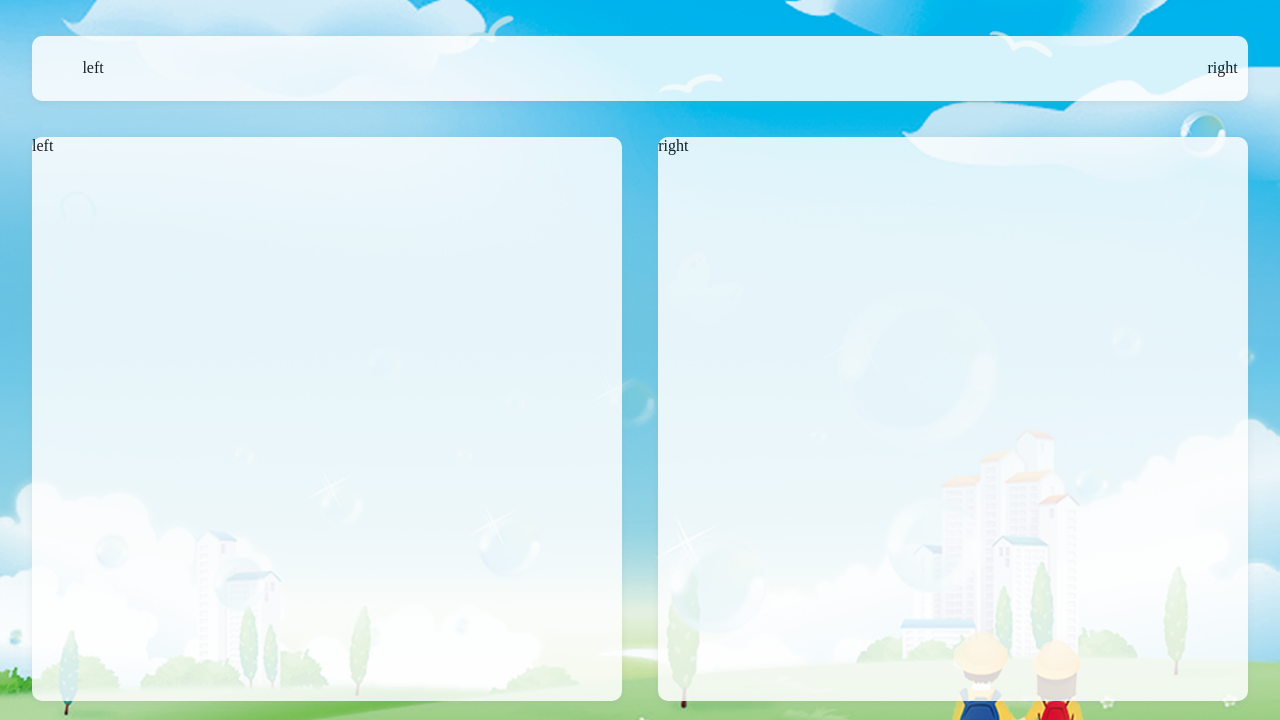
Repository: huangdesheng/classBrand
Page: / (app in classBrand/)
These files come from the project's save history. The page is drawn as it stood at one moment and after the next save; the edit follows.
The browser window is 1280 px wide. The pictures show the whole page.
The project was rebuilt for these pictures with package versions that can differ from the ones it lists, and the page was loaded fresh each time.

Above is the page before, as saved 2019-08-23 09:53:36.

After the next save:
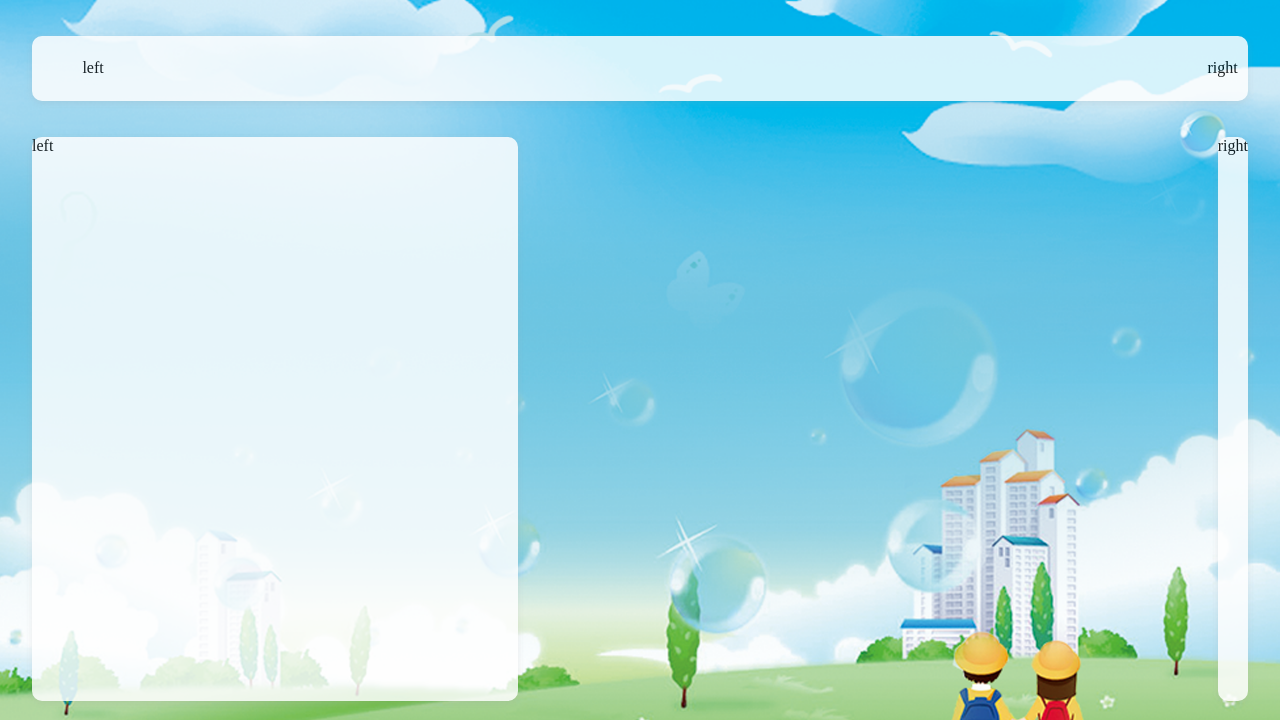
Saved 18 s later.
--- a/classBrand/src/views/index/index.vue
+++ b/classBrand/src/views/index/index.vue
@@ -54,7 +54,11 @@ export default {};
     aside {
       .bt;
       height: 100%;
-      flex: 1;
+
+      &:nth-of-type(1) {
+        width: 40%;
+        margin-right: 3%;
+      }
       &:nth-of-type(1) {
         width: 40%;
         margin-right: 3%;
